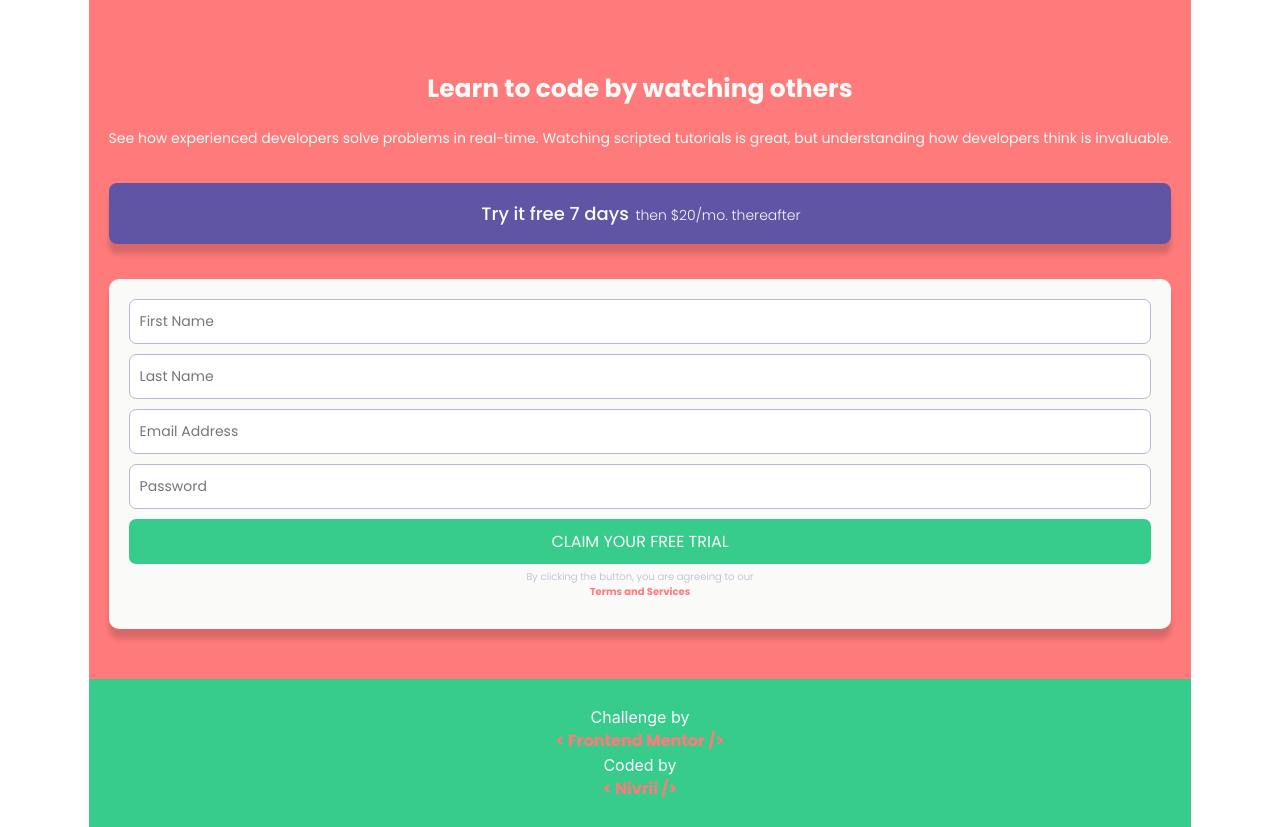
Repository: nivrii/intro-component-with-signup
Page: /
These files come from the project's save history. The page is drawn as it stood at one moment and after the next save; the edit follows.
The browser window is 1280 px wide. The pictures show the whole page.
The project was rebuilt for these pictures with package versions that can differ from the ones it lists, and the page was loaded fresh each time. Also part of the build but not shown: vite.config.js.

Above is the page before, as saved 2023-10-12 17:40:53.

### src/App.jsx
import { Footer } from './Footer/Footer';
import { Form } from './Form/Form';
import { Card } from './Card/Card';
import { Content } from './Content/Content';
import "./App.css";

function App() {

  return (
    <>
      <div className="container">
        <Content     />
        <Card     />
        <Form     />
      </div>
      <Footer    />
    </>
  );
}

export default App;

### src/Footer/Footer.jsx
import "./Footer.css";
export function Footer() {
  const frontend = '< Frontend Mentor />';
  const coder = "< Nivrii />";
  return (
    <footer>
      <p className="attribution">
        Challenge by{" "}
        <a
          href="https://www.frontendmentor.io?ref=challenge"
          target="_blank"
          rel="noreferrer"
        >
          {frontend}
        </a>
         Coded by{" "}
        <a href="https://github.com/nivrii/intro-component-with-signup">
          {coder}
        </a>
      </p>
    </footer>
  );
}

### src/Form/Form.jsx
import "./Form.css";
export function Form() {
  return (
    <form action="submit" className="form">
      <input
        type="text"
        placeholder="First Name"
        name="fName"
        className="input"
      />
      <input
        type="text"
        placeholder="Last Name"
        name="lName"
        className="input"
      />
      <input
        type="email"
        placeholder="Email Address"
        name="email"
        className="input"
      />
      <input
        type="password"
        placeholder="Password"
        name="password"
        className="input"
      />
      <button type="submit" className="btn">
        Claim your free trial
      </button>
      <div className="pWrap">
        <p>By clicking the button, you are agreeing to our</p>
        <p>Terms and Services</p>
      </div>
    </form>
  );
}

### src/Card/Card.jsx
import "./Card.css";
export function Card() {
  return (
      <div className="card__content">
        <p><span>Try it free 7 days </span>
        then $20/mo. thereafter</p>
      </div>
  );
}

### src/Content/Content.jsx
import "./Content.css";
export function Content() {
  return (
    <div className="content">
      <h4>Learn to code by watching others</h4>
      <p>
        See how experienced developers solve problems in real-time. Watching
        scripted tutorials is great, but understanding how developers think is
        invaluable.
      </p>
    </div>
  );
}

### src/App.css
*{
  box-sizing: border-box;
  border: 0;
  padding: 0;
}
:root{
  /*Primary colors*/
  --red:hsl(0, 100%, 74%);
  --green: hsl(154, 59%, 51%);
  /*Accent colors*/
  --blue: hsl(248, 32%, 49%);
  --white:#FAFAF9;
  /*Neutral colors*/
  --dark-blue: hsl(249, 10%, 26%);
  --grayish-blue: hsl(246, 25%, 77%);
  /*typography*/
  --fSize: 14px;
  --w4: 400;
  --w5: 500;
  --w6: 600;
  --w7: 700;
}
@font-face {
  font-family: "Poppins-bold";
  src: url(./assets/Fonts/poppins/Poppins-Bold.otf) format("opentype");
}
@font-face {
  font-family: "Poppins-regular";
  src: url(./assets/Fonts/poppins/Poppins-Regular.otf) format("opentype");
}
@font-face {
  font-family: "Poppins-medium";
  src: url(./assets/Fonts/poppins/Poppins-Medium.otf) format("opentype");
}
@font-face {
  font-family: "Poppins-light";
  src: url(./assets/Fonts/poppins/Poppins-Light.otf) format("opentype");
}
body{
  display: flex;
  flex-direction: column;
  background-color:#000,
}
.container{
  display: flex;
  flex-direction: column;
  align-items: center;
  justify-content: center;
  width: 100%;
  background-color: var(--red);
  padding: 50px 20px 70px ;
  margin: 0;
}

### src/Footer/Footer.css
@import url(../App.css);

footer{
    width: 100%;
    height: 100%;
    background-color: var(--green) !important;
    margin: -20px 0 0;
    padding: 10px;
}
.attribution{
    color: var(--white);
    font-family: 'Poppins-regular' sans-serif;
    display: flex;
    flex-direction: column;
    text-align: center;
    & a{
        color:var(--red);
        font-family: 'Poppins-bold', sans-serif;
        text-decoration: none;
&:hover{
    color:var(--white);
    text-decoration: line-through;
}
    }
}

### src/Form/Form.css
@import url(../App.css);

.form {
  display: flex;
  flex-direction: column;
  background-color: var(--white);
  width: 100%;
  margin-top: 15px;
  padding: 20px;
  gap: 10px;
  border-radius: 10px;
  box-shadow: 0 10px 5px rgba(0, 0, 0, 0.15);
  & .input,
  .btn {
    height: 45px;
    width: 100%;
    border-radius: 7px;
    font-family: "Poppins-regular", sans-serif;
  }
  & .input {
    border: 1px solid var(--grayish-blue);
    padding-left: 10px;
    font-size: var(--fSize);
  }
  & .btn {
    background-color: var(--green);
    color: var(--white);
    text-transform: uppercase;
    transition-duration: 0.3s;
    transition-timing-function: ease;
    &:hover {
      transform: scale(1.05);
    }
  }
  & .pWrap {
    padding: 10px;
    text-align: center;
    margin-top: -15px;
    & * {
      margin: 0;
      font-size: 10px;
    }
    & p:nth-child(1) {
      font-family: "Poppins-light", sans-serif;
      color: var(--grayish-blue);
    }
    & p:nth-child(2) {
      font-family: "Poppins-bold", sans-serif;
      color: var(--red);
    }
  }
}

### src/Card/Card.css
@import url(../App.css);

.card__content{
    width: 100%;
    background-color: var(--blue);
    border-radius: 8px;
    padding: 15px 40px;
    margin: 20px 0;
    box-shadow: 0 10px 5px rgba(0, 0, 0, 0.15);
    & *{
        color: var(--white);
        text-align: center;
        margin: 2px;
    }& span{
        font-size: 18px;
        font-family: 'Poppins-medium', sans-serif;
    }
    & p{
        font-family: 'Poppins-light', sans-serif;
        font-size: var(--fSize);

    }
}

### src/Content/Content.css
@import url(../App.css);

.content {
  & * {
    color: var(--white);
    text-align: center;
  }
  & h4 {
    font-size: 25px;
    margin: 20px;
    font-family: 'Poppins-bold', sans-serif;
  }
  & p {
    font-size: var(--fSize);
    font-family: 'Poppins-regular', sans-serif;
  }
}

Loaded but not shown: index.html (common file); src/main.jsx (common file); src/index.css (common file)

After the next save:
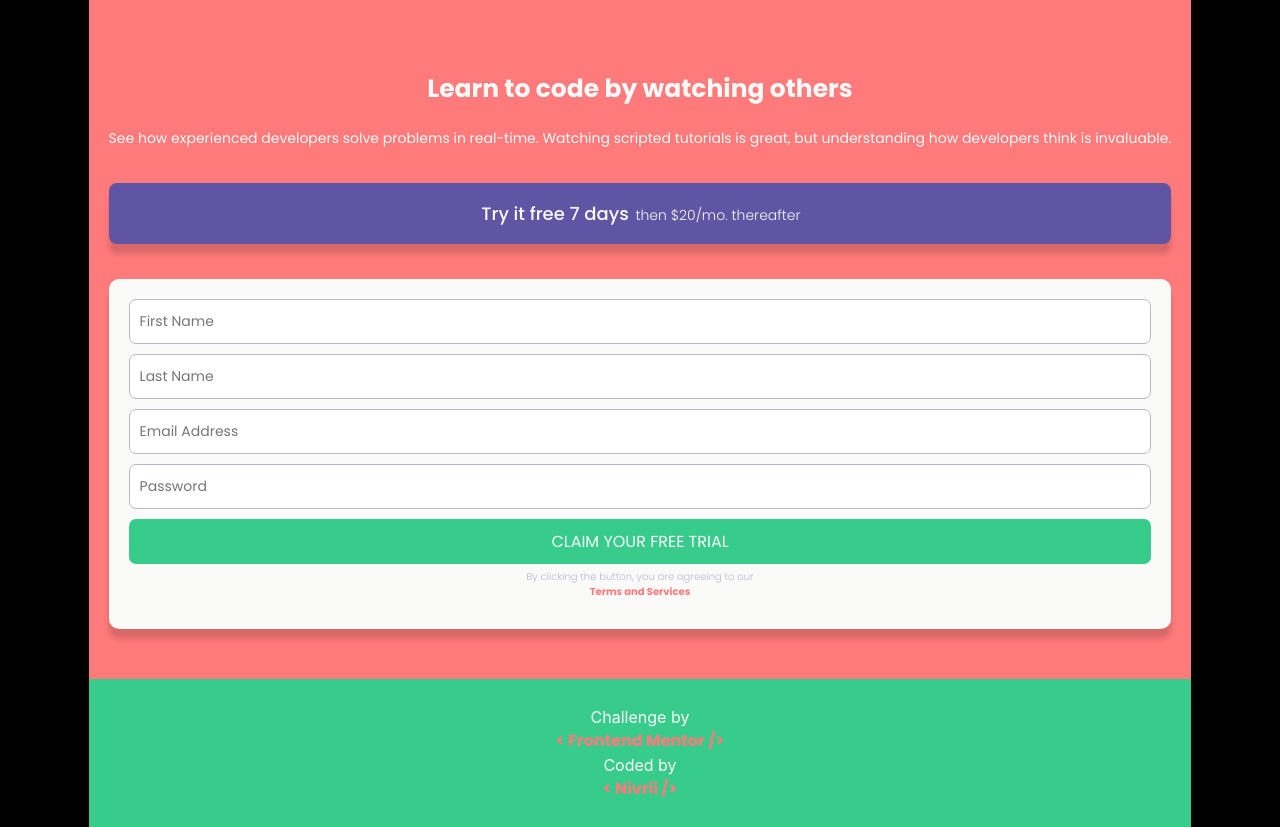
Saved 12 s later.
--- a/src/App.css
+++ b/src/App.css
@@ -39,7 +39,7 @@
 body{
   display: flex;
   flex-direction: column;
-  background-color:#000,
+  background-color:#000;
 }
 .container{
   display: flex;
